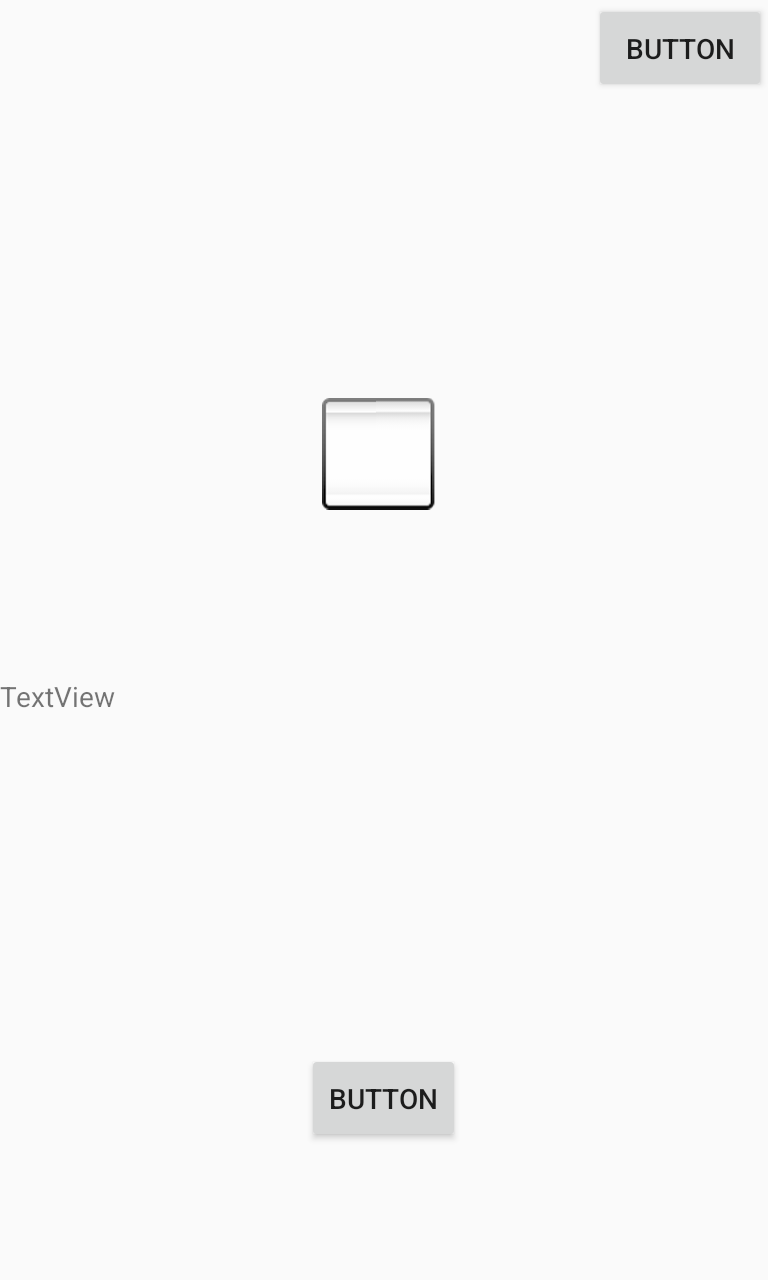
Repository: Prvnpn216/MegaStore
Layout: MarketPlace/marketPlace/res/layout/activity_offerpage.xml
An editor plug-in stored every save of this project. The layout is shown before and after the next save, followed by the edit.
It is drawn on a 768 x 1280 px phone screen (xhdpi) without system bars, with theme AppTheme; the app's code is not run.

Above is the layout before, as saved 2015-04-14 18:40:59.

### MarketPlace/marketPlace/res/layout/activity_offerpage.xml
<LinearLayout xmlns:android="http://schemas.android.com/apk/res/android"
    android:layout_width="fill_parent"
    android:layout_height="fill_parent"
    android:orientation="vertical" >

    <LinearLayout
        android:layout_width="match_parent"
        android:layout_height="wrap_content"
        android:layout_weight="1"
        android:orientation="vertical" >

        <Button
            android:id="@+id/button1"
            android:layout_width="wrap_content"
            android:layout_height="wrap_content"
            android:layout_gravity="right"
            android:text="Button" />
    </LinearLayout>

    <LinearLayout
        android:layout_width="match_parent"
        android:layout_height="wrap_content"
        android:layout_weight="5"
        android:orientation="vertical" >

        <ImageView
            android:id="@+id/imageView1"
            android:layout_width="wrap_content"
            android:layout_height="wrap_content"
            android:layout_gravity="center_horizontal"
            android:layout_weight=".5"
            android:src="@android:drawable/spinner_background" />

        <ScrollView
            android:id="@+id/textscroll"
            android:layout_width="fill_parent"
            android:layout_height="wrap_content"
            android:layout_weight=".5" >

            <TextView
                android:id="@+id/textView1"
                android:layout_width="fill_parent"
                android:layout_height="wrap_content"
                android:text="TextView" />
        </ScrollView>
    </LinearLayout>

    <LinearLayout
        android:layout_width="match_parent"
        android:layout_height="wrap_content"
        android:layout_weight="1"
        android:orientation="vertical" >

        <Button
            android:id="@+id/button2"
            style="?android:attr/buttonStyleSmall"
            android:layout_width="wrap_content"
            android:layout_height="wrap_content"
            android:layout_gravity="center_horizontal"
            android:text="Button" />
    </LinearLayout>

</LinearLayout>

Loaded but not shown: MarketPlace/marketPlace/res/values/styles.xml (common file); MarketPlace/marketPlace/res/values-v11/styles.xml (common file); MarketPlace/marketPlace/res/values-v14/styles.xml (common file)

After the next save:
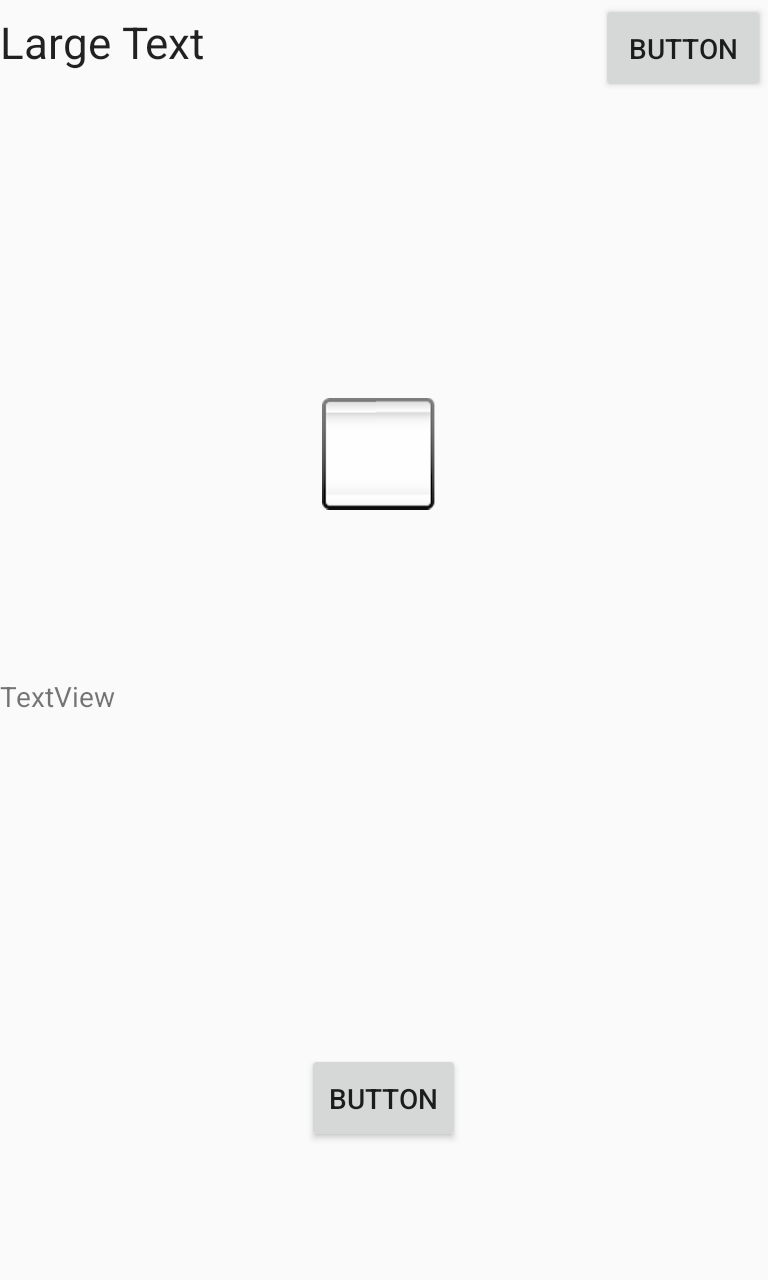
Saved 3 min 6 s later.
--- a/MarketPlace/marketPlace/res/layout/activity_offerpage.xml
+++ b/MarketPlace/marketPlace/res/layout/activity_offerpage.xml
@@ -6,15 +6,24 @@
     <LinearLayout
         android:layout_width="match_parent"
         android:layout_height="wrap_content"
-        android:layout_weight="1"
-        android:orientation="vertical" >
+        android:layout_weight="1" >
+
+        <TextView
+            android:id="@+id/textView2"
+            android:layout_width="wrap_content"
+            android:layout_height="wrap_content"
+            android:layout_weight="10"
+            android:text="Large Text"
+            android:textAppearance="?android:attr/textAppearanceLarge" />
 
         <Button
             android:id="@+id/button1"
+            style="?android:attr/buttonStyleSmall"
             android:layout_width="wrap_content"
             android:layout_height="wrap_content"
-            android:layout_gravity="right"
+            android:layout_weight=".3"
             android:text="Button" />
+
     </LinearLayout>
 
     <LinearLayout
